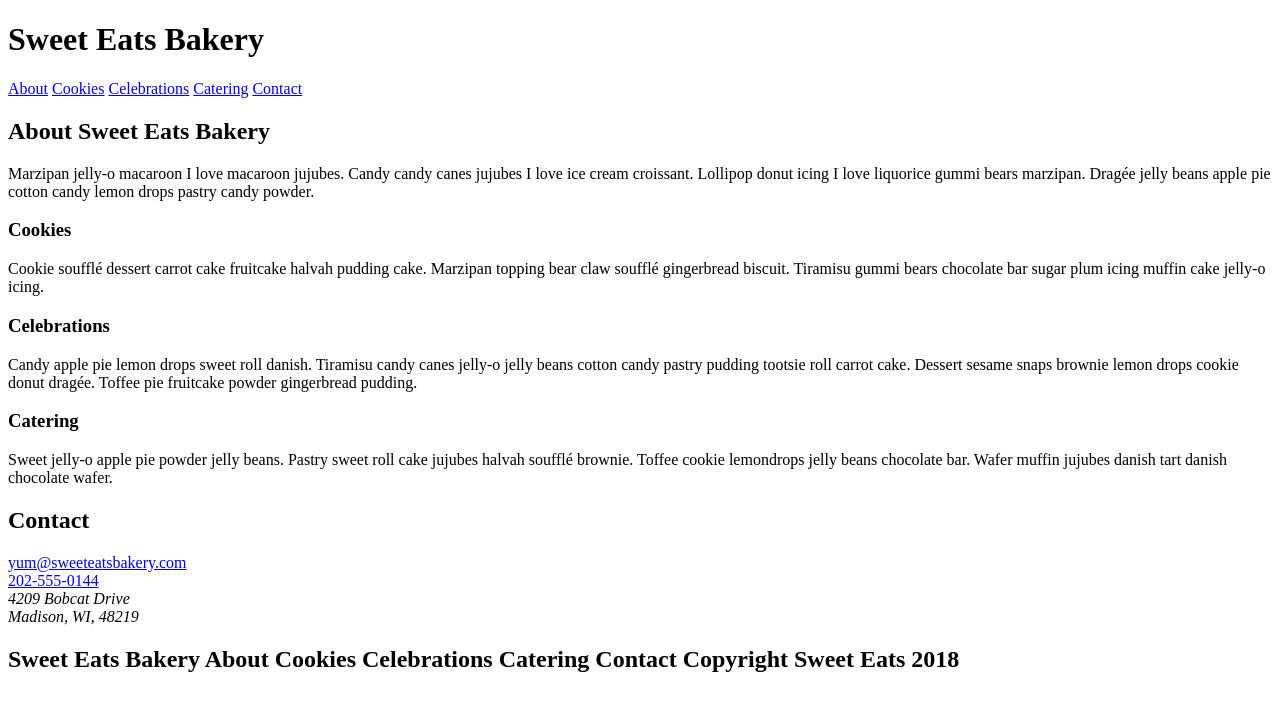
Repository: yoshimario/web-module-challenge-user-interface
Page: index.html
An editor plug-in stored every save of this project. The page is shown before and after a run of saves, followed by the edit.
The browser window is 1280 px wide. The pictures show the whole page.
Some web fonts or font styles are not loaded; a fallback is used.

Above is the page before, as saved 2023-05-15 11:44:19.

### index.html
<!DOCTYPE html>
<html lang="en">

<head>
<meta charset="UTF-8">
<!-- import your css file -->
<link href="https://fonts.googleapis.com/css?family=Gaegu|Roboto" rel="stylesheet">
<title>Sweet Eats Bakery</title>
</head>

<body>

<!-- company name -->
<h1>Sweet Eats Bakery</h1>

<!-- Navigation -->
<nav>
<a href="#">About</a>
<a href="#">Cookies</a>
<a href="#">Celebrations</a>
<a href="#">Catering</a>
<a href="#">Contact</a>
</nav>

</header>
<!-- Image https://tk-assets.lambdaschool.com/bcf76f62-2431-4c22-b466-2e711f3da2b9_ui-i-bakery-main-header.png -->

<!-- Marketing header -->
<section>
<h2>About Sweet Eats Bakery </h2>

<p>Marzipan jelly-o macaroon I love macaroon jujubes. Candy candy canes jujubes I love ice cream croissant. Lollipop
donut icing I love liquorice gummi bears marzipan. Dragée jelly beans apple pie cotton candy lemon drops pastry candy
powder.</p>
</section>
<!-- content -->

<!-- Image https://tk-assets.lambdaschool.com/7393a8fd-c8e5-4003-921f-79e0d546d02c_ui-i-bakery-cookies.png -->
<section>
    <h3>Cookies</h3>

Cookie soufflé dessert carrot cake fruitcake halvah pudding cake. Marzipan topping bear claw soufflé gingerbread
biscuit. Tiramisu gummi bears chocolate bar sugar plum icing muffin cake jelly-o icing.

<!-- Image https://tk-assets.lambdaschool.com/297378d6-9c89-430f-9d2e-46ae3d5edce8_ui-i-bakery-cupcake-i.png -->
<h3>Celebrations</h3>

<p>Candy apple pie lemon drops sweet roll danish. Tiramisu candy canes jelly-o jelly beans cotton candy pastry pudding
tootsie roll carrot cake. Dessert sesame snaps brownie lemon drops cookie donut dragée. Toffee pie fruitcake powder
gingerbread pudding.</p>

    <!-- Image https://tk-assets.lambdaschool.com/ab0cb095-5900-476c-b042-aea065d3dbbf_ui-i-bakery-celebrate.png -->
<h3>Catering</h3>

<p>Sweet jelly-o apple pie powder jelly beans. Pastry sweet roll cake jujubes halvah soufflé brownie. Toffee cookie
lemondrops jelly beans chocolate bar. Wafer muffin jujubes danish tart danish chocolate wafer.</p>
</section>
<section>
<h2>Contact</h2>

<a href="mailto:yum@sweeteatsbakery.com">yum@sweeteatsbakery.com</a><br>
<a href="tel:202-555-0144">202-555-0144</a><br>
<address>4209 Bobcat Drive<br>
Madison, WI, 48219</address>
</section>
<!-- footer -->
<footer>
<h2>Sweet Eats Bakery

About
Cookies
Celebrations
Catering
Contact

Copyright Sweet Eats 2018
</footer>
</body>

</html>

After the next 2 saves:
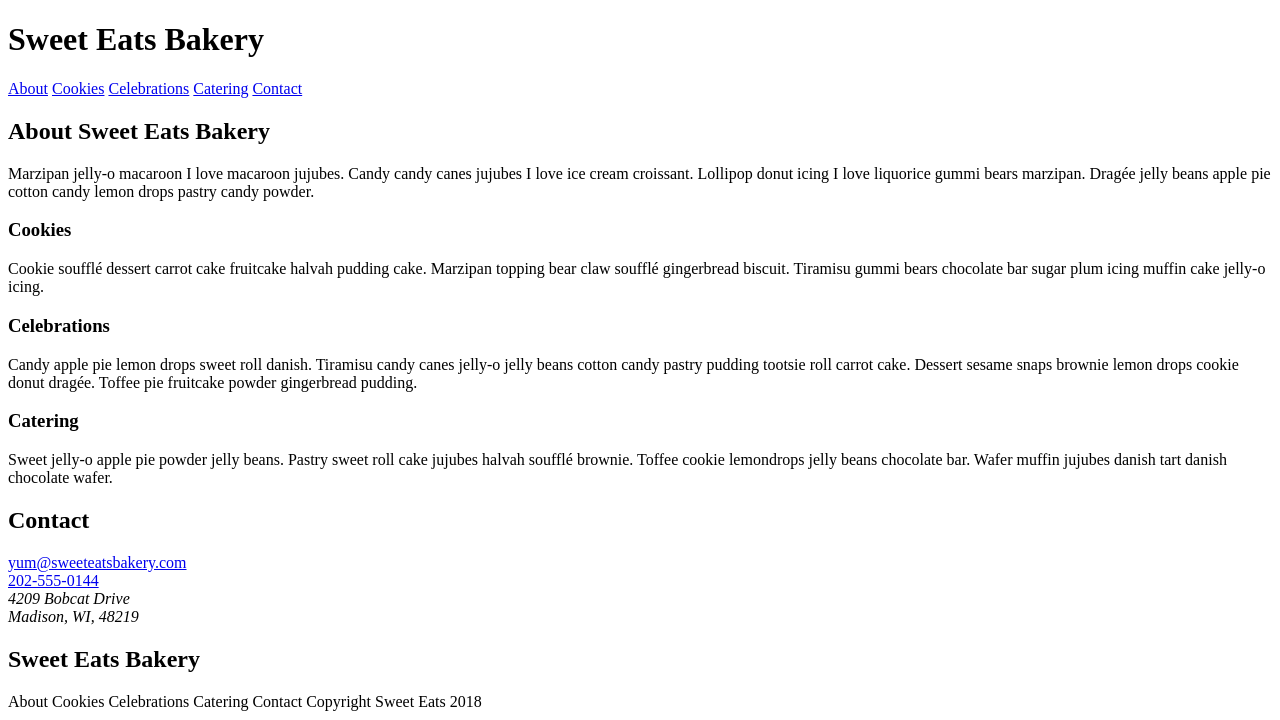
The 2 saves are shown as one change because they came seconds apart.
The last was saved 6 s later.
--- a/index.html
+++ b/index.html
@@ -65,7 +65,7 @@ Madison, WI, 48219</address>
 </section>
 <!-- footer -->
 <footer>
-<h2>Sweet Eats Bakery
+<h2>Sweet Eats Bakery</h2>
 
 About
 Cookies
